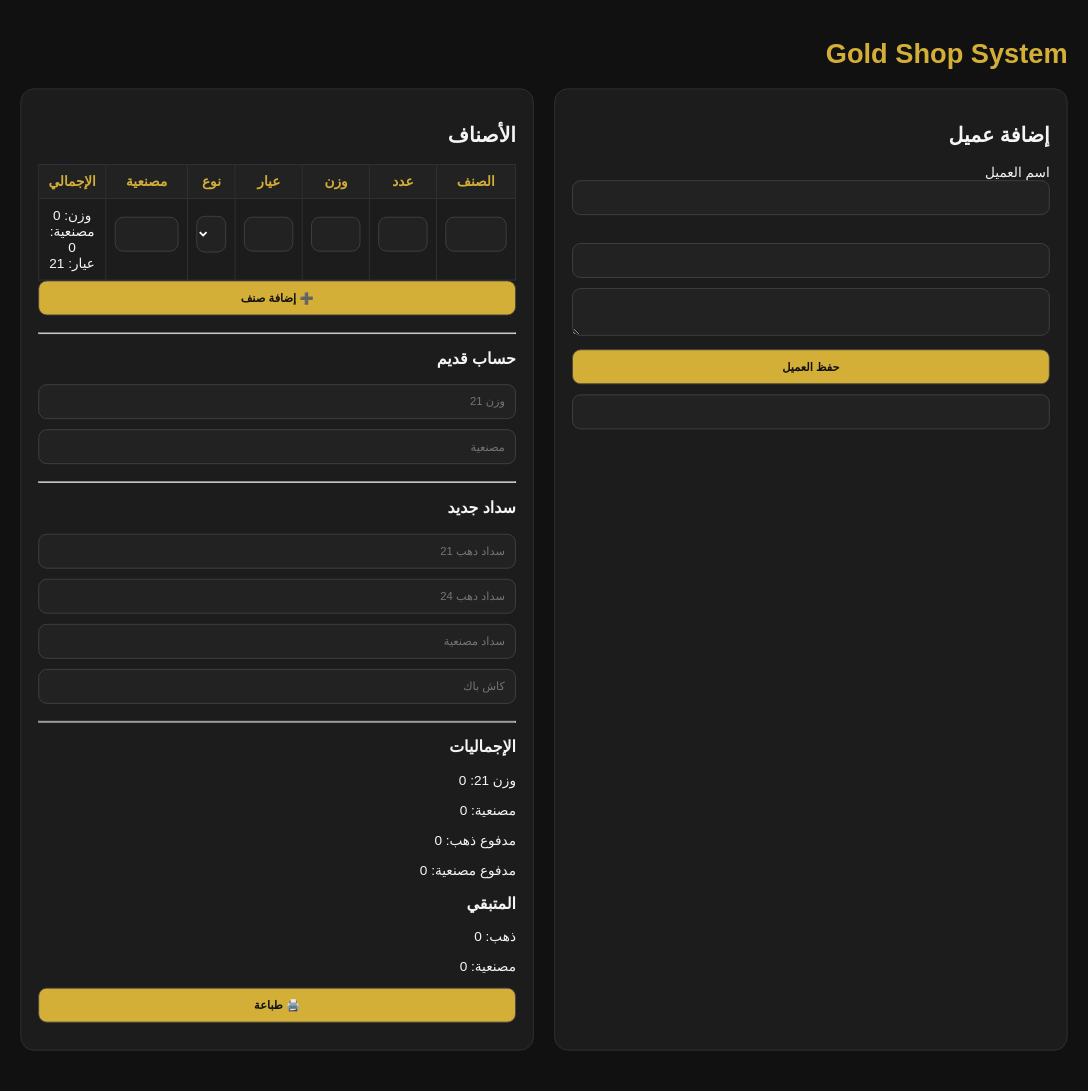
Repository: erineehab27/gold-shop
Page: /
These files come from the project's save history. The page is drawn as it stood at one moment and after a run of saves; the edit follows.
The browser window is 1280 px wide. The pictures show the whole page, at 85% of full size.
The project was rebuilt for these pictures with package versions that can differ from the ones it lists, and the page was loaded fresh each time. Also part of the build but not shown: vite.config.js, src/printpage.jsx.

Above is the page before, as saved 2026-05-11 12:30:57.

After the next 3 saves:
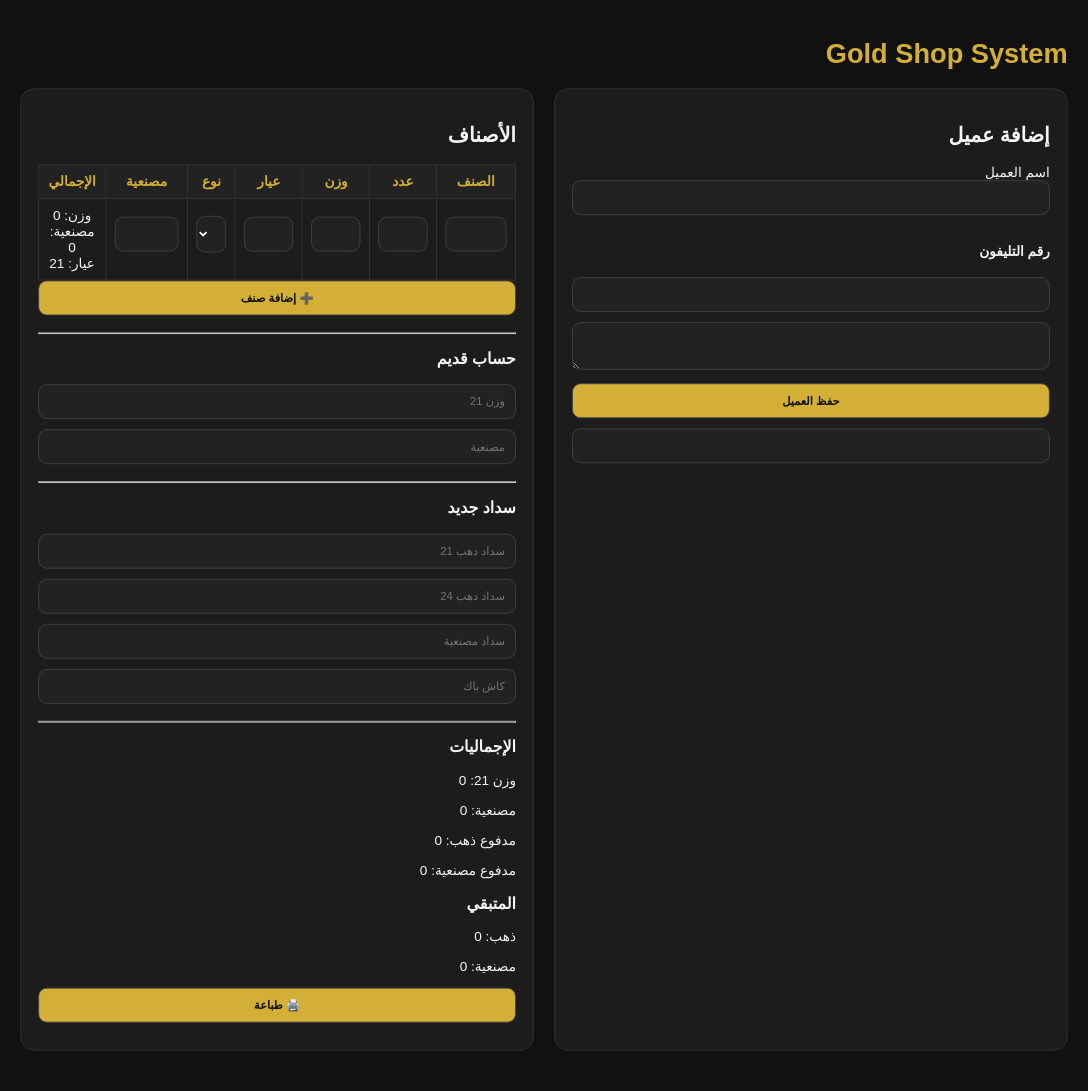
The 3 saves are shown as one change because they came seconds apart.
The last was saved 10 s later.
--- a/src/App.jsx
+++ b/src/App.jsx
@@ -501,7 +501,7 @@ export default function App() {
                 setCustomerForm({ ...customerForm, name: e.target.value })
               }
             />
-            <label> <h4></h4></label>
+            <label> <h4>رقم التليفون</h4></label>
             <input
               value={customerForm.phone}
               onChange={(e) =>
